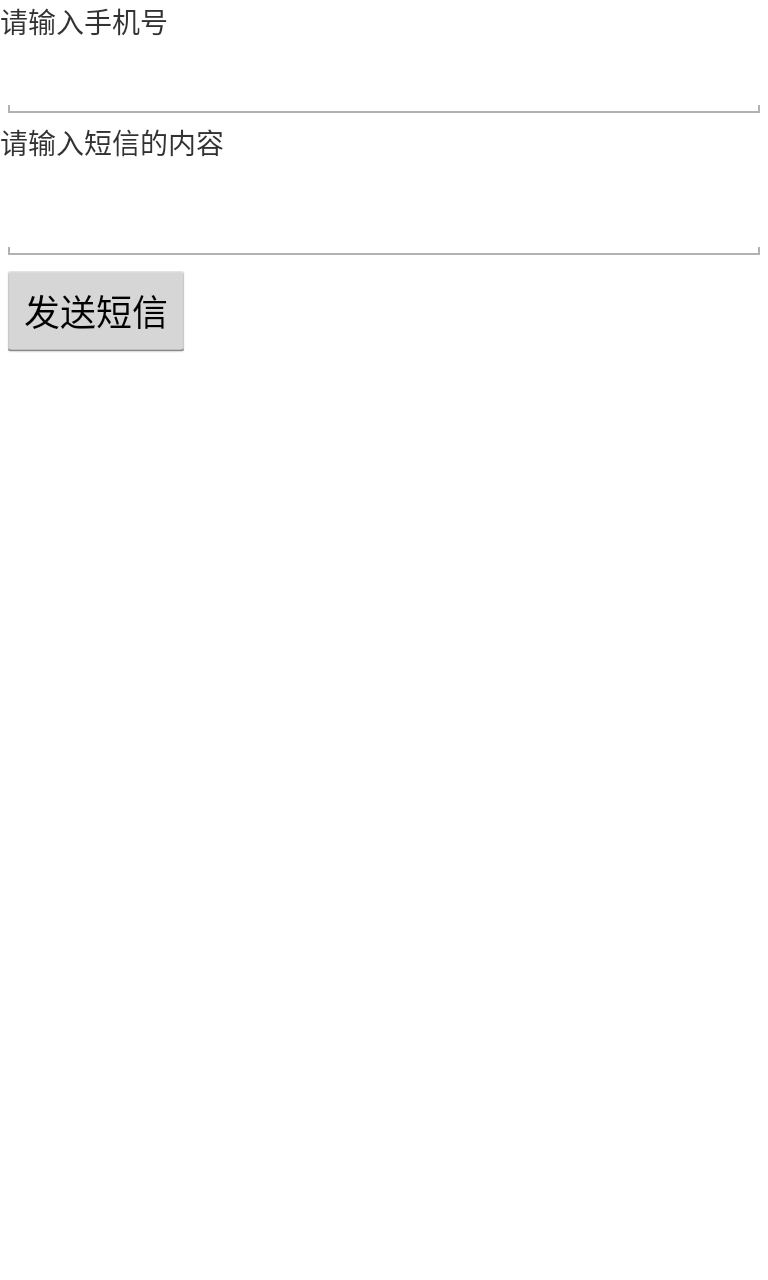
Repository: qq839924354/day01
Layout: code/sms/res/layout/activity_main.xml
These files come from the project's save history. The layout is drawn as it stood at one moment and after the next save; the edit follows.
It is drawn on a 768 x 1280 px phone screen (xhdpi) without system bars, with theme AppTheme; the app's code is not run.

Above is the layout before, as saved 2013-02-28 07:36:23.

After the next save:
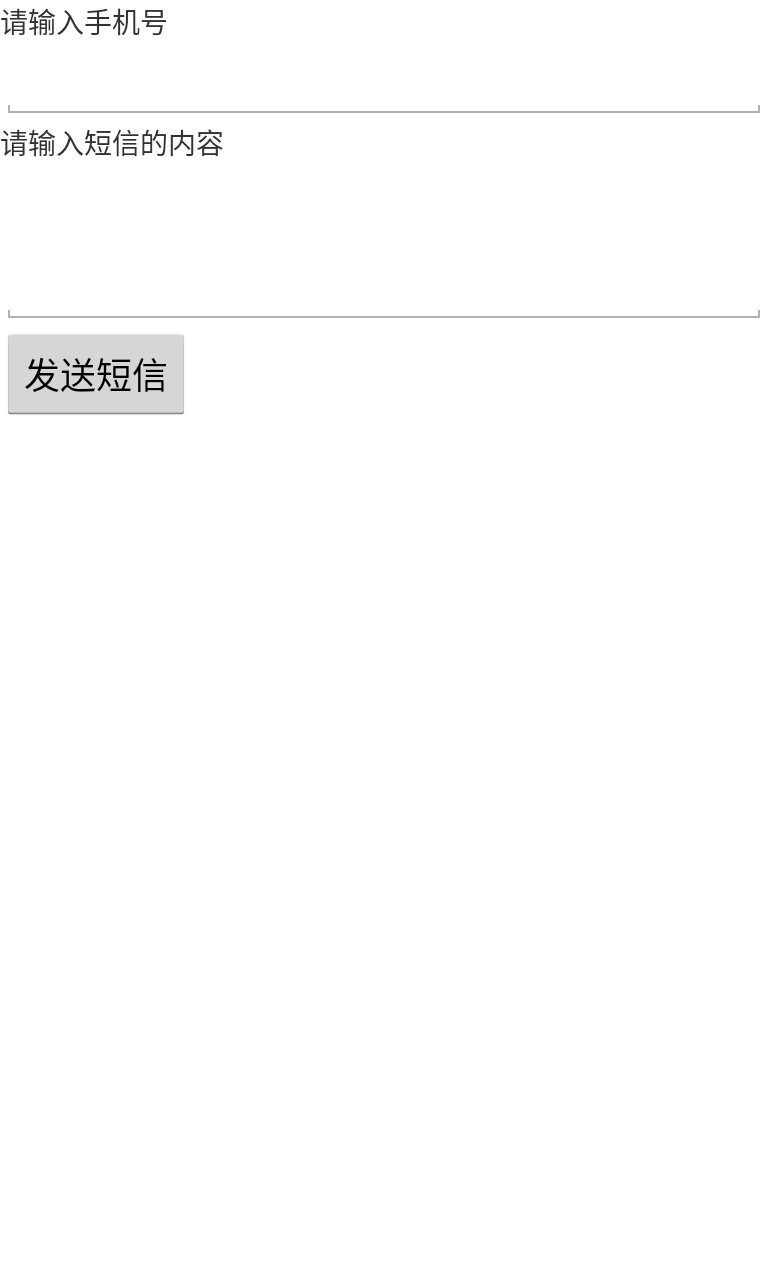
Saved 3 min 4 s later.
--- a/code/sms/res/layout/activity_main.xml
+++ b/code/sms/res/layout/activity_main.xml
@@ -28,7 +28,7 @@
         android:lines="5"
         android:layout_width="fill_parent"
         android:layout_height="wrap_content"
-        android:inputType="text" />
+        android:inputType="textMultiLine" />
     <Button
         android:id="@+id/bt_send"
          android:layout_width="wrap_content"
